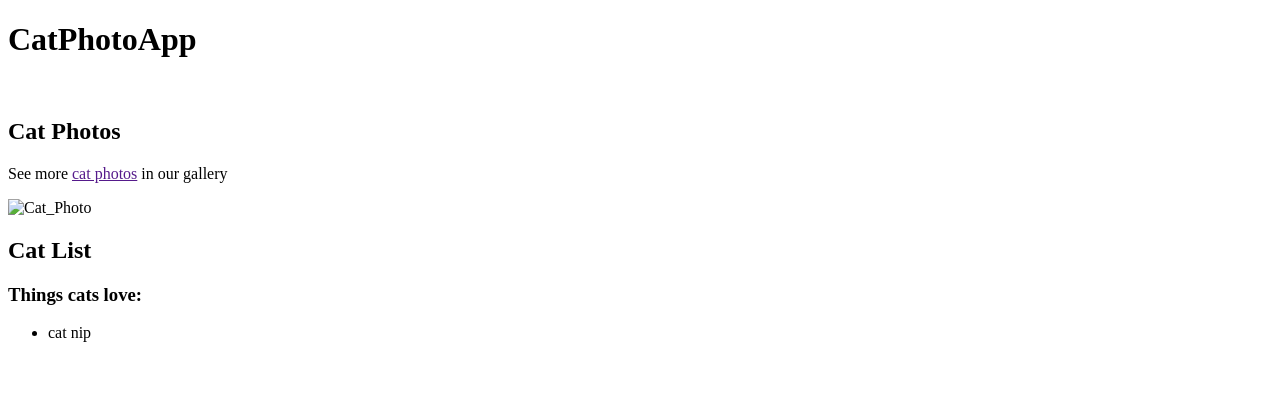
Repository: Lungdjos/cat_photo_app
Page: cat_photo_app/index.html
These files come from the project's save history. The page is drawn as it stood at one moment and after a run of saves; the edit follows.
The browser window is 1280 px wide. The pictures show the whole page.

Above is the page before, as saved 2023-08-29 12:57:37.

After the next 2 saves:
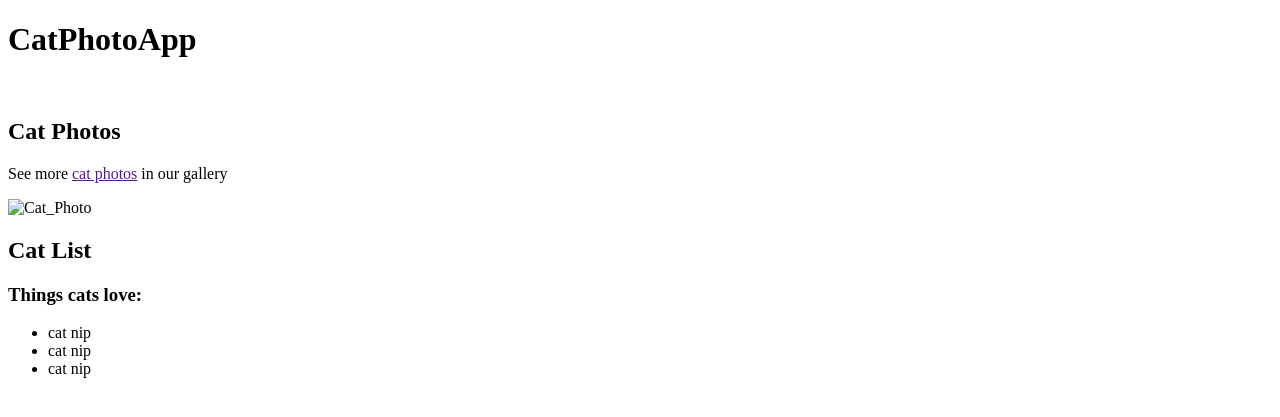
The 2 saves are shown as one change because they came seconds apart.
The last was saved 6 s later.
--- a/cat_photo_app/index.html
+++ b/cat_photo_app/index.html
@@ -19,6 +19,8 @@
     <h3>Things cats love:</h3>
     <ul>
         <li>cat nip</li>
+        <li>cat nip</li>
+        <li>cat nip</li>
     </ul>
 </body>
 
